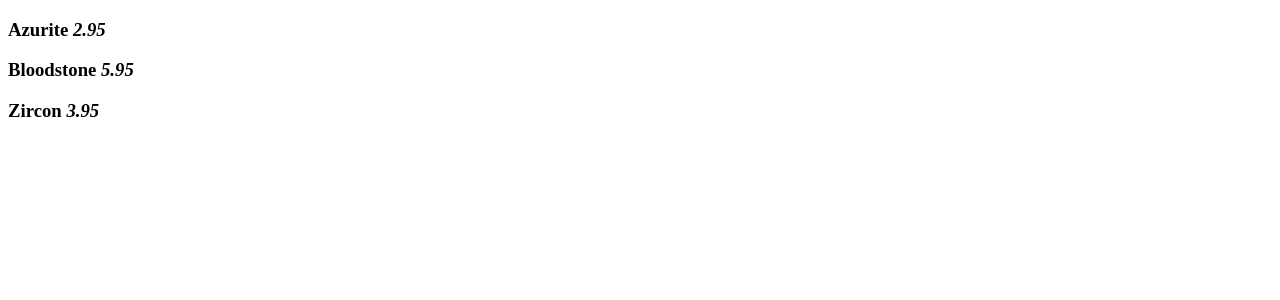
Repository: Steph84/webCodeRepos
Page: angularCodeSchool/index.html
The author's editor kept a copy of each file at every save. The page is drawn from the files as they stood at one save, then again after the next save.
The browser window is 1280 px wide. The pictures show the whole page.
Some web libraries are served in a nearby version.

Above is the page before, as saved 2017-01-23 21:03:22.

### angularCodeSchool/index.html
<!DOCTYPE html>
<html ng-app="gemStore">
  <head>
  	<script src="https://ajax.googleapis.com/ajax/libs/angularjs/1.4.8/angular.min.js"></script>
    <script type="text/javascript" src="app.js"></script>
  </head>
  <body ng-controller="StoreController as store">
    <div class="product row" ng-repeat="product in store.products" ng-show="product.soldOut">
      <h3>
        {{product.name}}
        <em class="pull-right">{{product.price}}</em>
      </h3>
      <button ng-show="product.canPurchase">Add to Cart</button>
    </div>
  </body>
</html>

### angularCodeSchool/app.js
(function(){

  var app = angular.module('gemStore', []);

  app.controller('StoreController', function(){
    this.products = gems;
  });

  var gems = [
    { name: 'Azurite', price: 2.95, canPurchase: false, soldOut: true },
    { name: 'Bloodstone', price: 5.95, canPurchase: false, soldOut: true },
    { name: 'Zircon', price: 3.95, canPurchase: false, soldOut: true }
  ];
})();

After the next save:
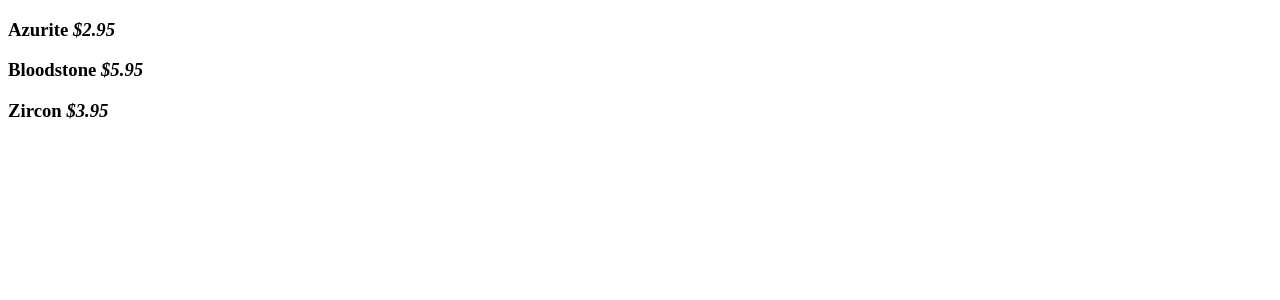
Saved 23 h 24 min later.
--- a/angularCodeSchool/index.html
+++ b/angularCodeSchool/index.html
@@ -8,7 +8,7 @@
     <div class="product row" ng-repeat="product in store.products" ng-show="product.soldOut">
       <h3>
         {{product.name}}
-        <em class="pull-right">{{product.price}}</em>
+        <em class="pull-right">{{product.price | currency}}</em>
       </h3>
       <button ng-show="product.canPurchase">Add to Cart</button>
     </div>
